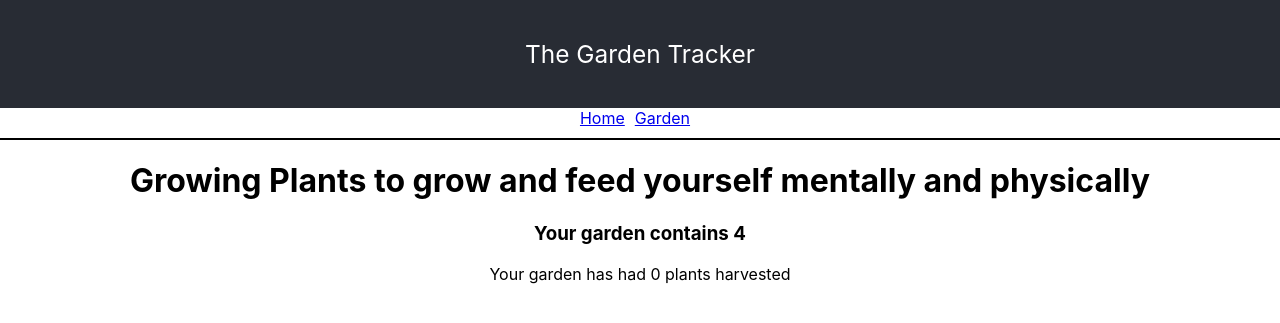
Repository: charliejp0311/gardentracker
Page: /
The author's editor kept a copy of each file at every save. The page is drawn from the files as they stood at one save, then again after the next save.
The browser window is 1280 px wide. The pictures show the whole page.
The project was rebuilt for these pictures with package versions that can differ from the ones it lists, and the page was loaded fresh each time. Also part of the build but not shown: src/components/CreatePlant.js, src/components/Plant.js, src/components/plantList.js, src/components/Harvest.js, src/components/Garden.js.

Above is the page before, as saved 2020-10-30 09:03:34.

After the next save:
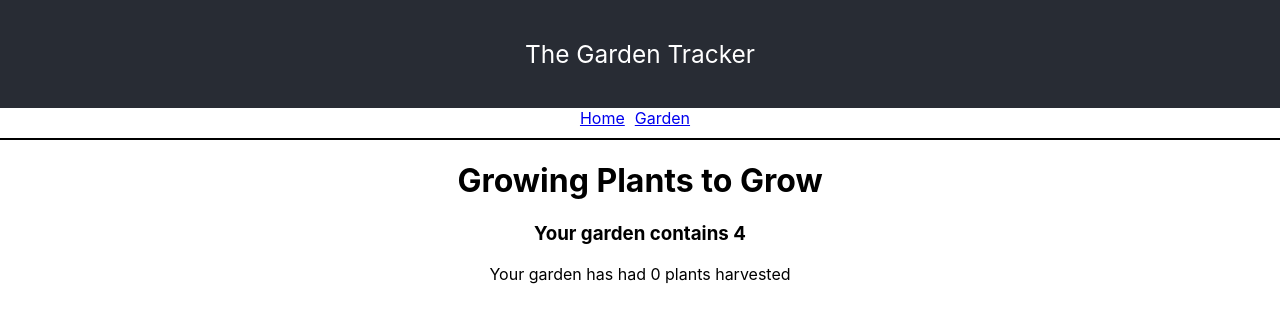
Saved 44 s later.
--- a/src/components/GardenHome.js
+++ b/src/components/GardenHome.js
@@ -8,7 +8,7 @@ class CreateGarden extends Component{
     render(){
         return(
             <div>
-                <h1>Growing Plants to grow and feed yourself mentally and physically</h1>
+                <h1>Growing Plants to Grow</h1>
                 <h3>Your garden contains {this.props.garden.plants.length}</h3>
                 <p>Your garden has had {this.props.garden.harvest.length} plants harvested</p>
                 {/* <Garden /> */}
